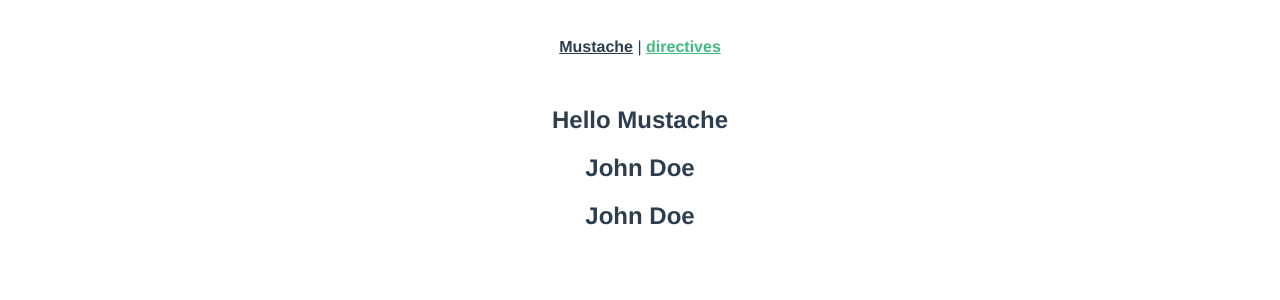
Repository: yeyanghui0616/my-vue2-learning
Page: /directives
The author's editor kept a copy of each file at every save. The page is drawn from the files as they stood at one save, then again after a run of saves.
The browser window is 1280 px wide. The pictures show the whole page.
The project was rebuilt for these pictures with package versions that can differ from the ones it lists, and the page was loaded fresh each time. Also part of the build but not shown: src/views/Mustache.vue.

Above is the page before, as saved 2023-08-30 21:17:32.

### src/App.vue
<template>
	<div id="app">
		<div id="nav">
			<router-link to="/">Mustache</router-link> |
			<router-link to="/directives">directives</router-link>
		</div>
		<router-view />
	</div>
</template>

<style lang="scss">
#app {
	font-family: Avenir, Helvetica, Arial, sans-serif;
	-webkit-font-smoothing: antialiased;
	-moz-osx-font-smoothing: grayscale;
	text-align: center;
	color: #2c3e50;
}

#nav {
	padding: 30px;

	a {
		font-weight: bold;
		color: #2c3e50;

		&.router-link-exact-active {
			color: #42b983;
		}
	}
}
</style>

### src/router/index.js
import Vue from "vue";
import VueRouter from "vue-router";
import Mustache from "../views/Mustache.vue";

Vue.use(VueRouter);

const routes = [
	{
		path: "/",
		name: "Mustache",
		component: Mustache,
	},
	{
		path: "/directives",
		name: "directives",
		component: () => import("../views/directives.vue"),
	},
];

const router = new VueRouter({
	mode: "history",
	base: process.env.BASE_URL,
	routes,
});

export default router;

### src/views/directives.vue
<template>
	<div>
		<h2>Hello {{ name }}</h2>
		<h2>{{ firstName }} {{ lastName }}</h2>
		<h2>{{ firstName }} {{ lastName }}</h2>
	</div>
</template>

<script>
export default {
	data() {
		return {
			name: "Mustache",
			firstName: "John",
			lastName: "Doe",
		};
	},

	methods: {},
};
</script>

<style lang="scss"></style>

Loaded but not shown: public/index.html (common file); src/main.js (common file); src/store/index.js (common file)

After the next 3 saves:
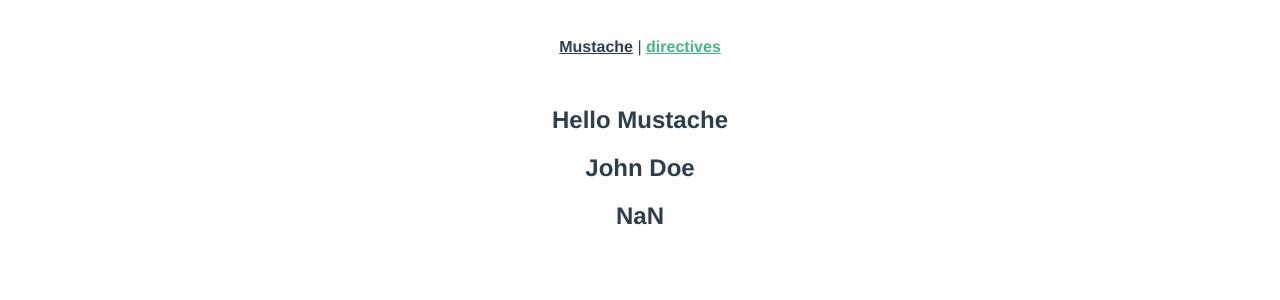
The 3 saves are shown as one change because they came seconds apart.
The last was saved 8 s later.
--- a/src/views/directives.vue
+++ b/src/views/directives.vue
@@ -2,7 +2,7 @@
 	<div>
 		<h2>Hello {{ name }}</h2>
 		<h2>{{ firstName }} {{ lastName }}</h2>
-		<h2>{{ firstName }} {{ lastName }}</h2>
+		<h2>{{ counter * 2 }}</h2>
 	</div>
 </template>
 
